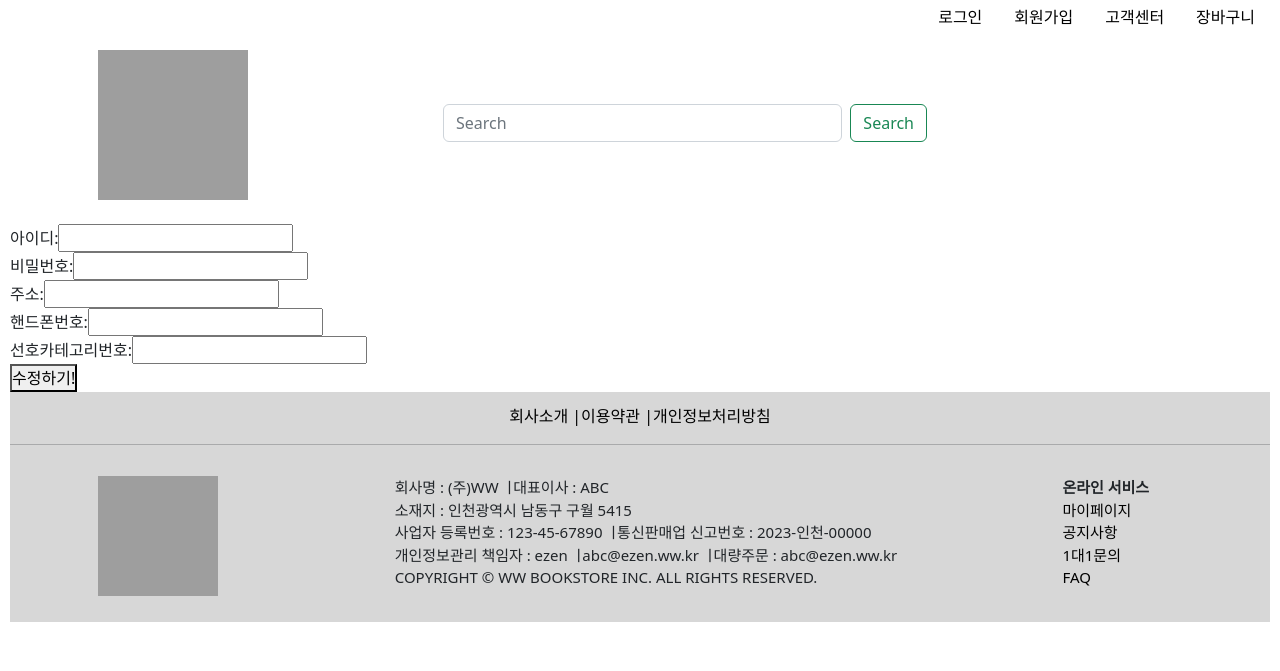
Repository: leehyeonung/project4
Page: http://localhost/book/WEB-INF/views/member/modify.jsp
An editor plug-in stored every save of this project. The page is shown before and after the next save, followed by the edit.
The browser window is 1280 px wide. The pictures show the whole page.
Pictures or frames that could not be fetched are drawn as grey boxes. The page is served by Tomcat 9. Nobody is signed in. The template is opened directly, without the code that normally fills it, so the values that code supplies are empty.

Above is the page before, as saved 2023-01-06 06:15:21.

After the next save:
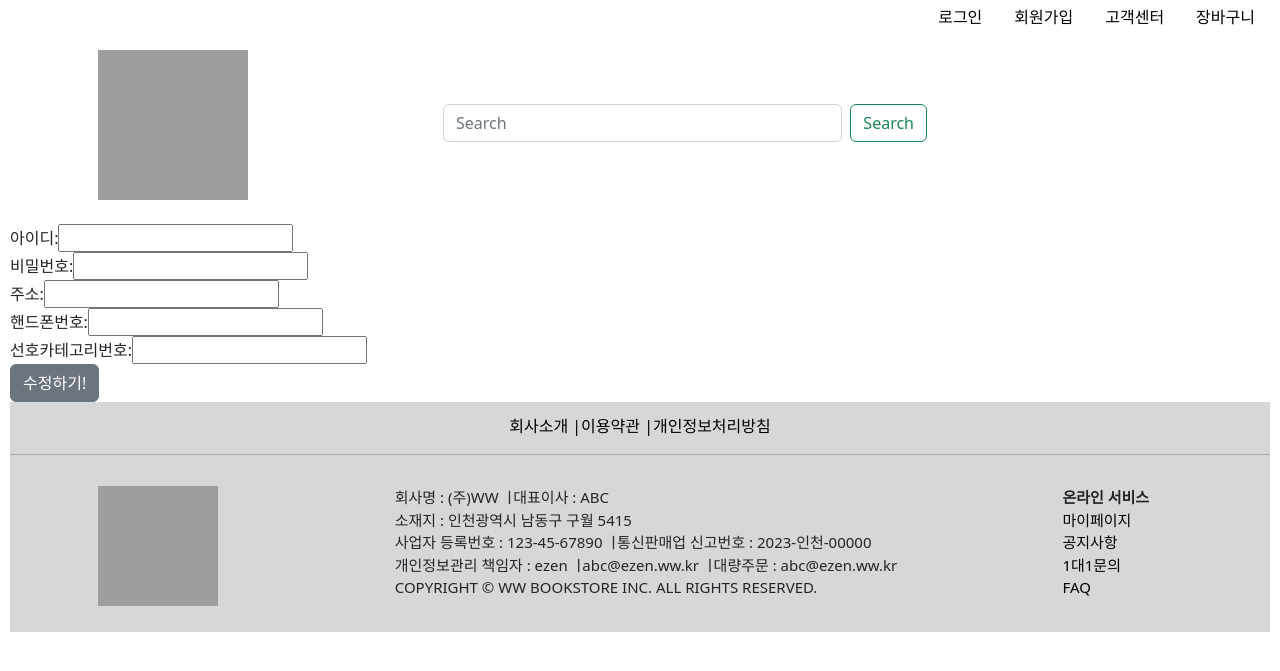
Saved 11 min 57 s later.
--- a/book/src/main/webapp/WEB-INF/views/member/modify.jsp
+++ b/book/src/main/webapp/WEB-INF/views/member/modify.jsp
@@ -17,7 +17,7 @@
 		주소:<input type="text" name="mem_ad" value="${ses.mem_ad}" ><br>
 		핸드폰번호:<input type="text" name="mem_cell_num" value="${ses.mem_cell_num}" ><br>
 		선호카테고리번호:<input type="text" name="mno_cno" value="${ses.mno_cno}" ><br>
-		<button type="submit">수정하기!</button>
+		<button type="submit" class="btn btn-secondary">수정하기!</button>
 	</form>
 </div>
 <jsp:include page="../layout/footer.jsp"></jsp:include>
